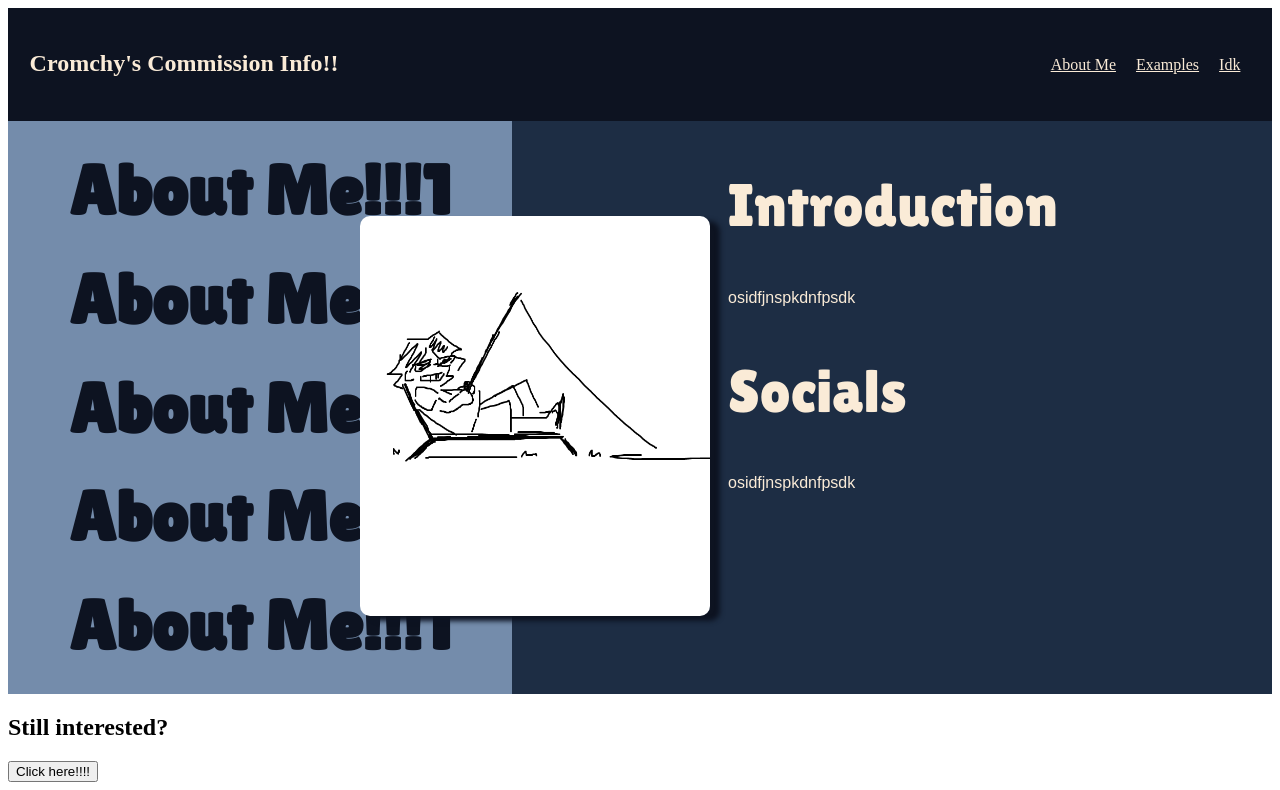
Repository: crackaLack1n/Cromchys_Commission_Site
Page: /
These files come from the project's save history. The page is drawn as it stood at one moment and after the next save; the edit follows.
The browser window is 1280 px wide. The pictures show the whole page.
The project was rebuilt for these pictures with package versions that can differ from the ones it lists, and the page was loaded fresh each time. The framework's server and built-in components were replaced by stand-ins that run in the browser. Also part of the build but not shown: next.config.mjs.

Above is the page before, as saved 2024-06-11 15:19:11.

### pages/_app.js
import "@/styles/globals.css";
import { Lilita_One } from "next/font/google";


const lilita_One = Lilita_One({ weight: '400', subsets: ["latin"] });

export default function App({ Component, pageProps }) {
  return <Component {...pageProps} />;
}

### pages/index.js
import Head from "next/head";
import Header from "@/Components/Header";
import Image from "next/image";
import styles from "@/styles/Home.module.css";
import Footer from "@/Components/Footer";
import { Lilita_One } from "next/font/google";


const lilita_One = Lilita_One({ weight: '400', subsets: ["latin"] });



export default function Home() {
  return (
    <>
      <Head>
        <title>Cromchy's Commission</title>
        <meta name="description" content="Generated by create next app" />
        <meta name="viewport" content="width=device-width, initial-scale=1" />
        <link rel="icon" href="/favicon.ico" />
      </Head>

      <Header />

      <main className={`${styles.main}`}>
      <div >
          <Image src={'/images/banner2.png'} height={400} width={350} className={styles.image}></Image>
        </div>
        <div className={styles.mainContainer}>
          <div className={styles.containerLeft}>
            <div className={`${styles.contentLeft} ${lilita_One.className}`}>
              <p>About Me!!!1</p>
              <p>About Me!!!1</p>
              <p>About Me!!!1</p>
              <p>About Me!!!1</p>
              <p>About Me!!!1</p>
            </div>
          </div>
          <div className={styles.containerRight}>
            <div className={styles.contentRight}>
              <h2 className={`${styles.heading} ${lilita_One.className}`}>Introduction</h2>
              <p>osidfjnspkdnfpsdk</p>
              <h2  className={`${styles.heading} ${lilita_One.className}`}>Socials</h2>
              <p>osidfjnspkdnfpsdk</p>
            </div>
          </div>
        </div>
      </main>
      <Footer />
    </>
  );
}

### Components/Header/index.js
import Link from "next/link"
import style from './header.module.css';
export default function Header() {
  return (
    <>
      <div className={style.main}>
        <h2>Cromchy's Commission Info!!</h2>
        <nav className={style.nav}>
          <ul className={style.buttons}>
            <li><Link href={`/`}>About Me</Link></li>
            <li><Link href={`/Examples`}>Examples</Link></li>
            <li><Link href={`/Idk`}>Idk</Link></li>
          </ul>
        </nav>
      </div>
    </>
  )
}

### styles/Home.module.css
.main {
  display: flex;
  min-height: 20vh;
  background-color: #748CAB;
}

.mainContainer {
  position: relative;
 display: grid;
 grid-template-columns:  1fr 3fr;
 height: auto;

}

.containerLeft {
  display: flex;
  width: 70vh;
  justify-content: center;
}

.contentLeft p {
  font-size: 70px;
  font-weight: 600;
  margin: 4vh;
  color: #0D1321;
}
.containerRight {
  display: flex;
  padding-left: 30vh;
  background-color: #1D2D44;
  width: auto;
  color: antiquewhite;
  font-family: sans-serif;
}

.heading {
  font-size: 60px;
}
.image {
  z-index: 1;
  top: 30vh;
  left: 50vh;
  position: absolute;
  border-radius: 10px;
  box-shadow: #0D1321 10px 5px 5px;
}
/* Mobile */
@media (max-width: 700px) {

}

/* Tablet and Smaller Desktop */
@media (min-width: 701px) and (max-width: 1120px) {

}

### Components/Footer/index.js
export default function Footer() {
  return(
    <>
    <footer>
      <h2>Still interested?</h2>
      <button>Click here!!!!</button>
    </footer>
    </>
  )
}

### Components/Header/header.module.css
.main {
  display: flex;
  justify-content: space-between;
  padding: 3vh;
  background-color: #0D1321;
  color: antiquewhite;
}


.nav {
justify-content: end;

}

.buttons {
  display: flex;

}

.buttons li {
  padding: 10px;
  list-style-type: none;
  color: antiquewhite;
}

.buttons a {
  color: antiquewhite;
}

Loaded but not shown: pages/_document.js (common file); styles/globals.css (common file)

After the next save:
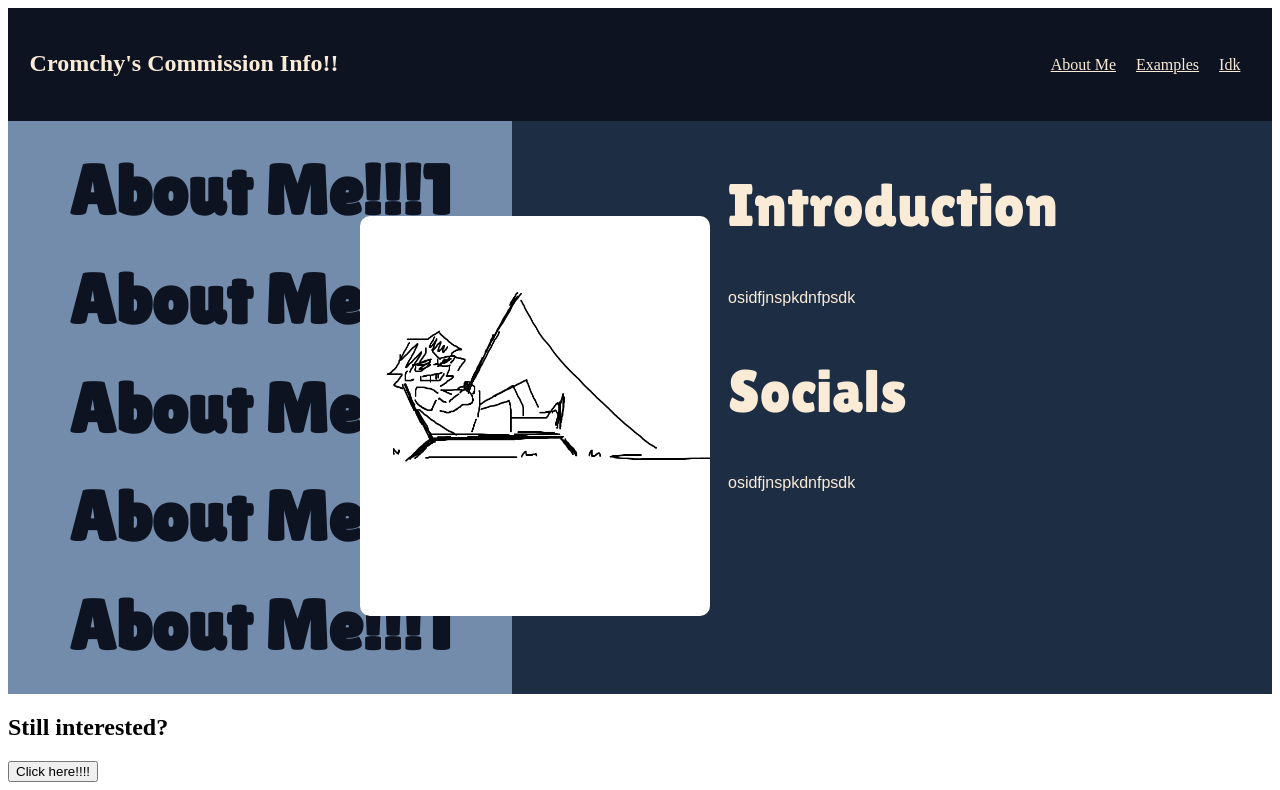
Saved 35 s later.
--- a/styles/Home.module.css
+++ b/styles/Home.module.css
@@ -42,7 +42,7 @@
   left: 50vh;
   position: absolute;
   border-radius: 10px;
-  box-shadow: #0D1321 10px 5px 5px;
+  box-shadow: #0D1321 20% 10px 5px 5px;
 }
 /* Mobile */
 @media (max-width: 700px) {

After the 4 saves that followed:
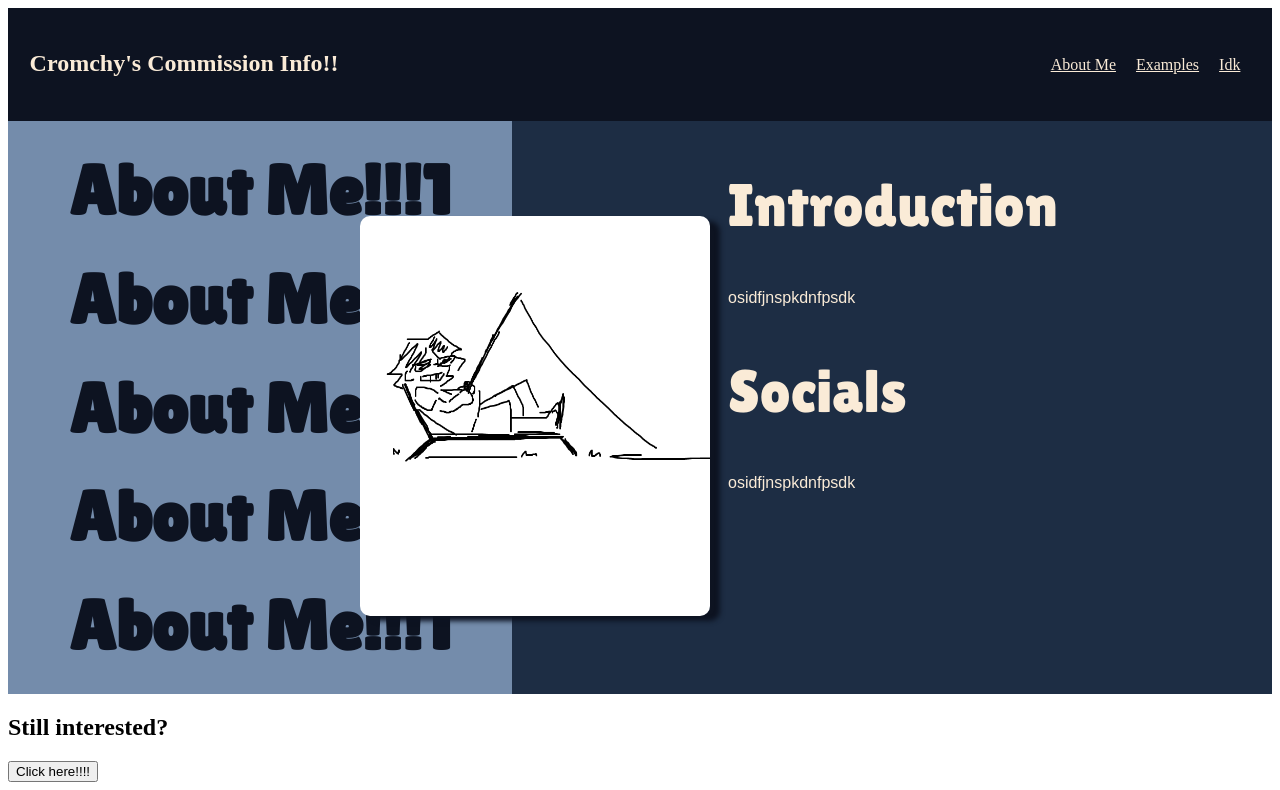
The 4 saves are shown as one change because 1 left the picture as it was and some came seconds apart.
The last was saved 14 s later.
--- a/styles/Home.module.css
+++ b/styles/Home.module.css
@@ -42,7 +42,7 @@
   left: 50vh;
   position: absolute;
   border-radius: 10px;
-  box-shadow: #0D1321 20% 10px 5px 5px;
+  box-shadow: #0D1321 10px 5px 5px ;
 }
 /* Mobile */
 @media (max-width: 700px) {
